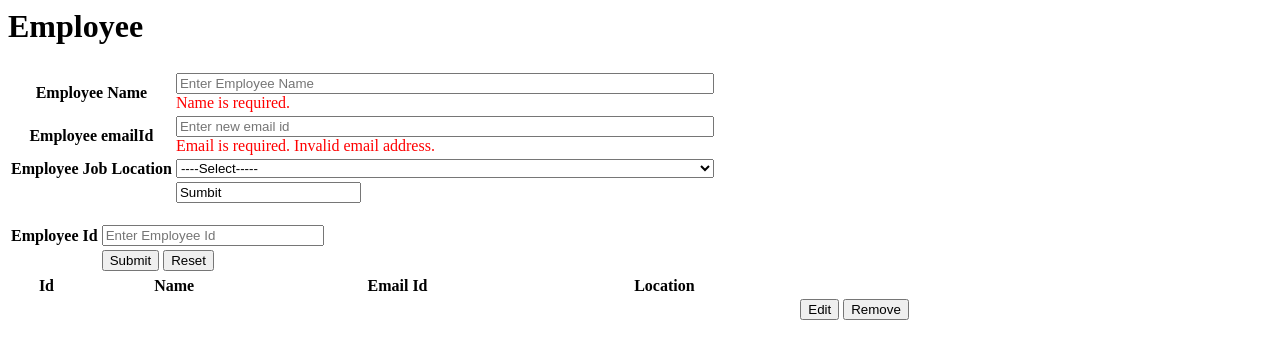
Repository: Dipak27/Dipak-s-front-end
Page: http://localhost/Traning_Management/employeecreate.jsp
An editor plug-in stored every save of this project. The page is shown before and after the next save, followed by the edit.
The browser window is 1280 px wide. The pictures show the whole page.
The page is served by Tomcat 9.

Above is the page before, as saved 2016-11-10 09:32:13.

After the next save:
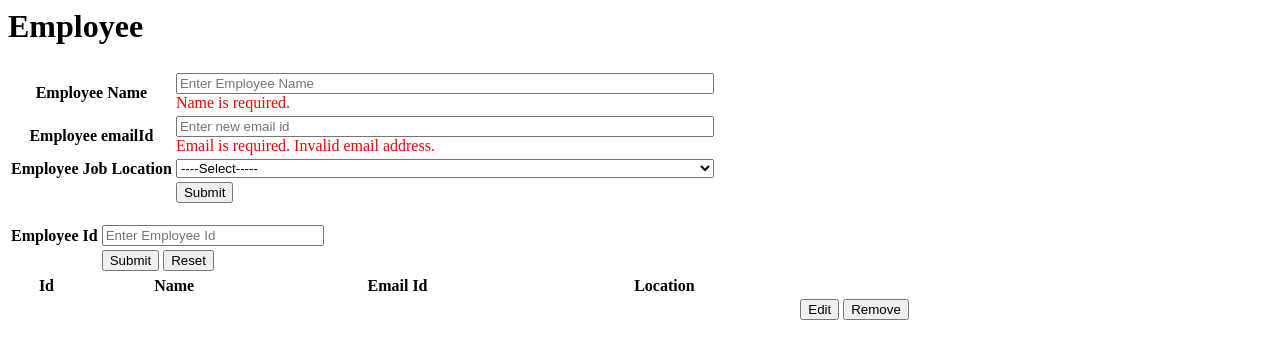
Saved 67 s later.
--- a/Training Management Project/Traning_Management/src/main/webapp/employeecreate.jsp
+++ b/Training Management Project/Traning_Management/src/main/webapp/employeecreate.jsp
@@ -65,8 +65,7 @@
 												&nbsp;
 											</th>
 											<td>
-												<input ng-disabled="myForm.user.$dirty && myForm.user.$invalid ||
-myForm.email.$dirty && myForm.email.$invalid type="submit" value="Sumbit"  />
+												<input type="submit" ng-disabled="myForm.user.$dirty && myForm.user.$invalid || myForm.email.$dirty && myForm.email.$invalid value="Sumbit"  />
 											</td>
 										</tr>
 
